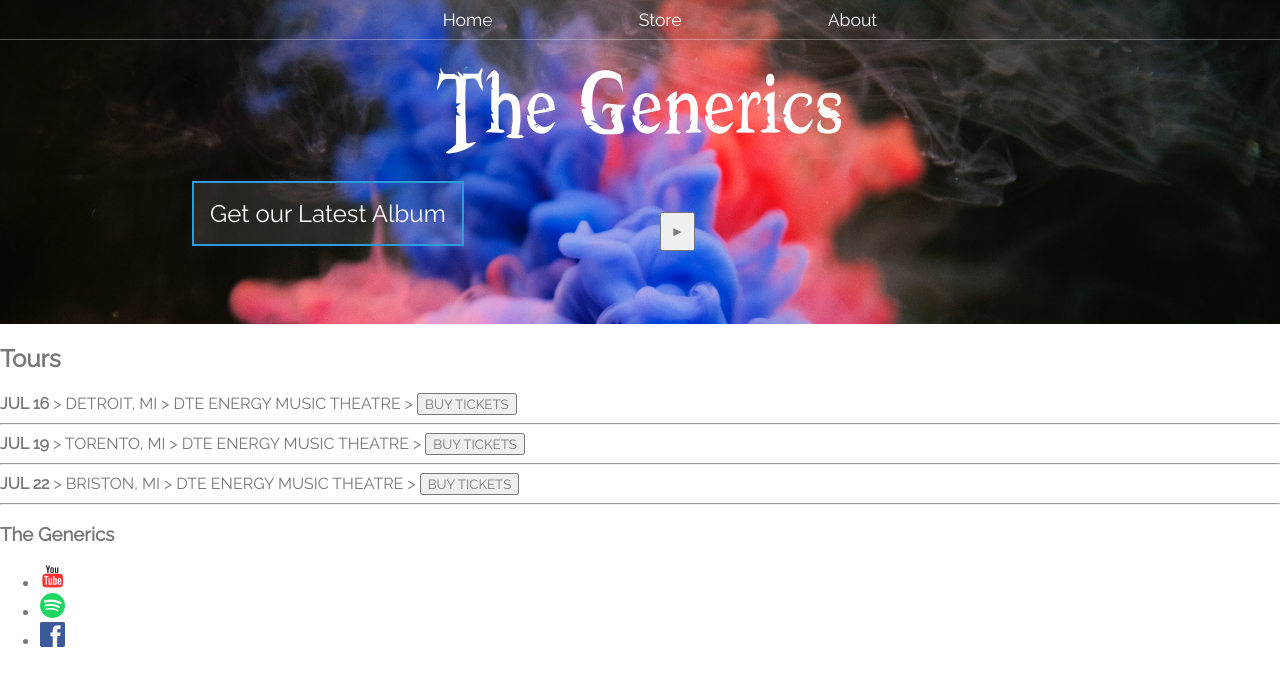
Repository: nazmulhaquep/WebDesign
Page: WebDevSimplified/index.html
These files come from the project's save history. The page is drawn as it stood at one moment and after the next save; the edit follows.
The browser window is 1280 px wide. The pictures show the whole page.
Some web fonts or font styles are not loaded; a fallback is used.

Above is the page before, as saved 2023-11-26 10:48:26.

### WebDevSimplified/index.html
<!DOCTYPE html>
<html lang="en">
<head>
    <meta charset="UTF-8">
    <meta name="viewport" content="width=device-width, initial-scale=1.0">
    <title>The Generics</title>
    <meta name="description" content="This is the description">
    <link rel="stylesheet" href="styles.css" />
</head>
<body>
    <header class="main-header">
        <nav class="nav main-nav">
            <ul>
                <li><a href="index.html">Home</a></li>
                <li><a href="store.html">Store</a></li>
                <li><a href="about.html">About</a></li>
            </ul>
        </nav>

        <h1 class="band-name band-name-larger"> The Generics </h1>
        <button class="btn btn-header">Get our Latest Album</button>

        <button class="btn">&#9658;</button>
    </header>
    <section>
        <h2>Tours</h2>
        <div>
            <div>
                <strong>JUL 16 </strong>
                 &it;&gt;
                <span> DETROIT, MI </span>
                 &it;&gt;
                <span> DTE ENERGY MUSIC THEATRE</span>
                 &it;&gt;
                <button type="button">BUY TICKETS </button>
                <hr/>
            </div>

            <div>
                <strong>JUL 19</strong>
                 &it;&gt;
                <span> TORENTO, MI </span>
                 &it;&gt;
                <span> DTE ENERGY MUSIC THEATRE</span>
                 &it;&gt;
                <button type="button">BUY TICKETS </button>
                <hr/>
            </div>

            <div>
                <strong>JUL 22</strong>
                 &it;&gt;
                <span> BRISTON, MI </span>
                 &it;&gt;
                <span> DTE ENERGY MUSIC THEATRE</span>
                 &it;&gt;
                <button type="button">BUY TICKETS </button>
                <hr/>
            </div>

        </div>
    </section>
    <footer>
        <h3>The Generics</h3>
        <ul>
            <li><img src="images/YouTube Logo.png"> </li>
            <li><img src="images/Spotify Logo.png"> </li>
            <li><img src="images/Facebook Logo.png"> </li>
        </ul>
    </footer>
</body>
</html>

### WebDevSimplified/styles.css
/* import font*/
@import url('https://fonts.googleapis.com/css2?family=Raleway:ital,wght@0,400;1,300&display=swap');
@import url('https://fonts.googleapis.com/css2?family=Metal+Mania');

/* import local font */
@font-face {
    font-family: "Booter - Zero Zero";
    src: url("Fonts/Booter - Zero Zero.woff") format(woff),
         url("fonts/Booter - Zero Zero.woff2") format(woff2);
         font-weight: normal;
         font-style:normal;
}

/* all width and padding adjust with device width */
*{
    box-sizing:border-box;
    font-family: Raleway;
    color:#777;
}

html,body{
   margin:0;
   padding:0;
}

.main-header{
    background-image: url('images/Header Background.jpg');
    background-size: cover;
    padding-bottom: 30px;
}

.nav ul{
    margin:0px;
}

.nav li{
    display:inline;
}

.nav a{
    display: inline-block; /*to apply margin and padding */
    padding: .5em;
    list-style: none;
    text-decoration: none;
    color:white;
}

.main-nav{
    text-align:center;
    font-size:1.1em;
    font-weight: lighter;
    border-bottom: 1px solid rgba(255,255,255, .3);
}

.main-nav li{
    padding:0 5%;
}

.band-name{
    text-align:center;
    margin:0;
    font-size:4em;
    font-family:"Booter - Zero Zero";
    color:#fff;
    font-weight:normal;
}

.band-name-larger{
    font-size:8em;
}
.content-section{
    margin:1em;
}
.container{
    max-width:900px;
    margin:0 auto;
    padding:0 1.5em;
}

.section-header{
    font-family: 'Metal Mania';
    font-weight: normal;
    color:#333;
    text-align: center;
    font-size:2.5em;
}

.about-band-image{
    float:left;
    height: 200px;
    width: 200px;
    margin:15px;
    border-radius: 50%;
}

.main-footer{
    background-color:#56ccf2;
    color:#fff;
    padding:.25em 0;
}

.main-footer-container{
    display: flex;
    align-items: center;
}

.main-footer-container ul{
    flex-grow:1;
    text-align:end;
}

.btn{
    text-align: center;
    vertical-align: middle;
    padding:.67em;
    cursor: pointer;
}

.btn-header{
    margin: .5em 15% 2em 15%;
    color:white;
    border:2px solid #2D9CDB;
    background-color:rgba(255,255,255, .1);
    border-radius: 0;
    font-size: 1.5em;
    font-weight: lighter;
}



.footer-nav li{
    padding: 0 .5em;
}

.footer-nav img{
    width:30px;
    height: 30px;
}

After the next save:
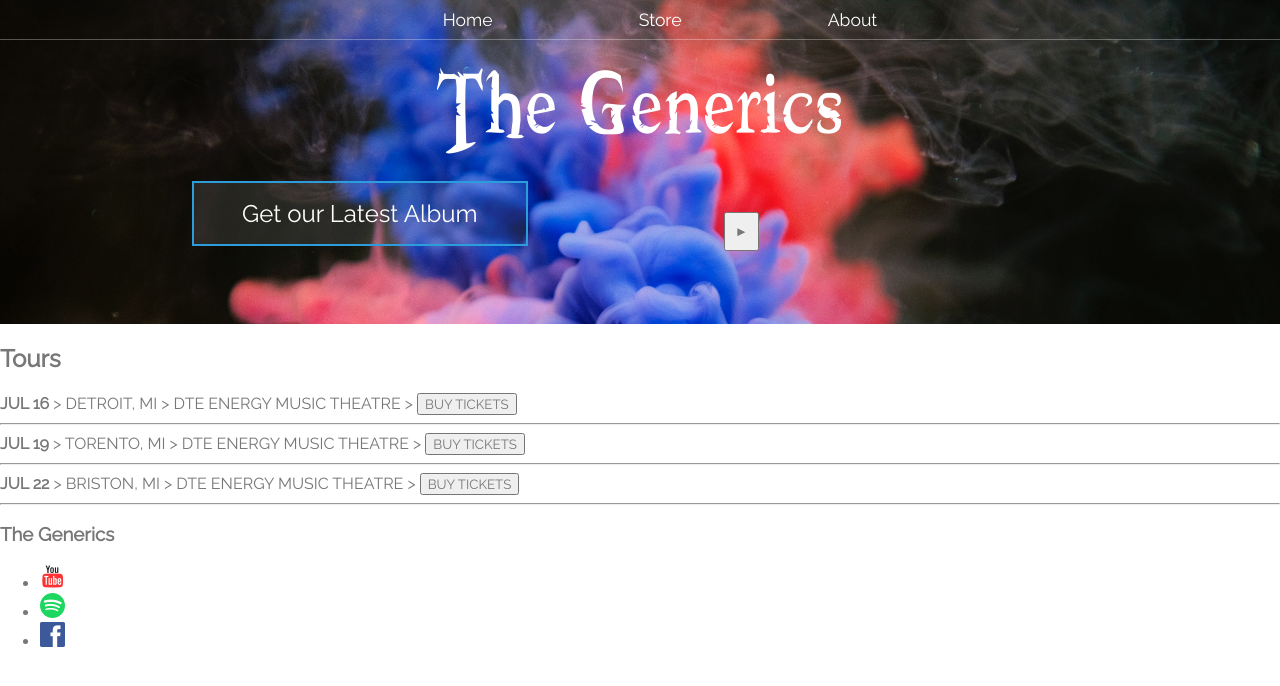
Saved 61 s later.
--- a/WebDevSimplified/styles.css
+++ b/WebDevSimplified/styles.css
@@ -124,6 +124,8 @@ html,body{
     border-radius: 0;
     font-size: 1.5em;
     font-weight: lighter;
+    padding-left: 2em;
+    padding-right: 2em;
 }
 
 
